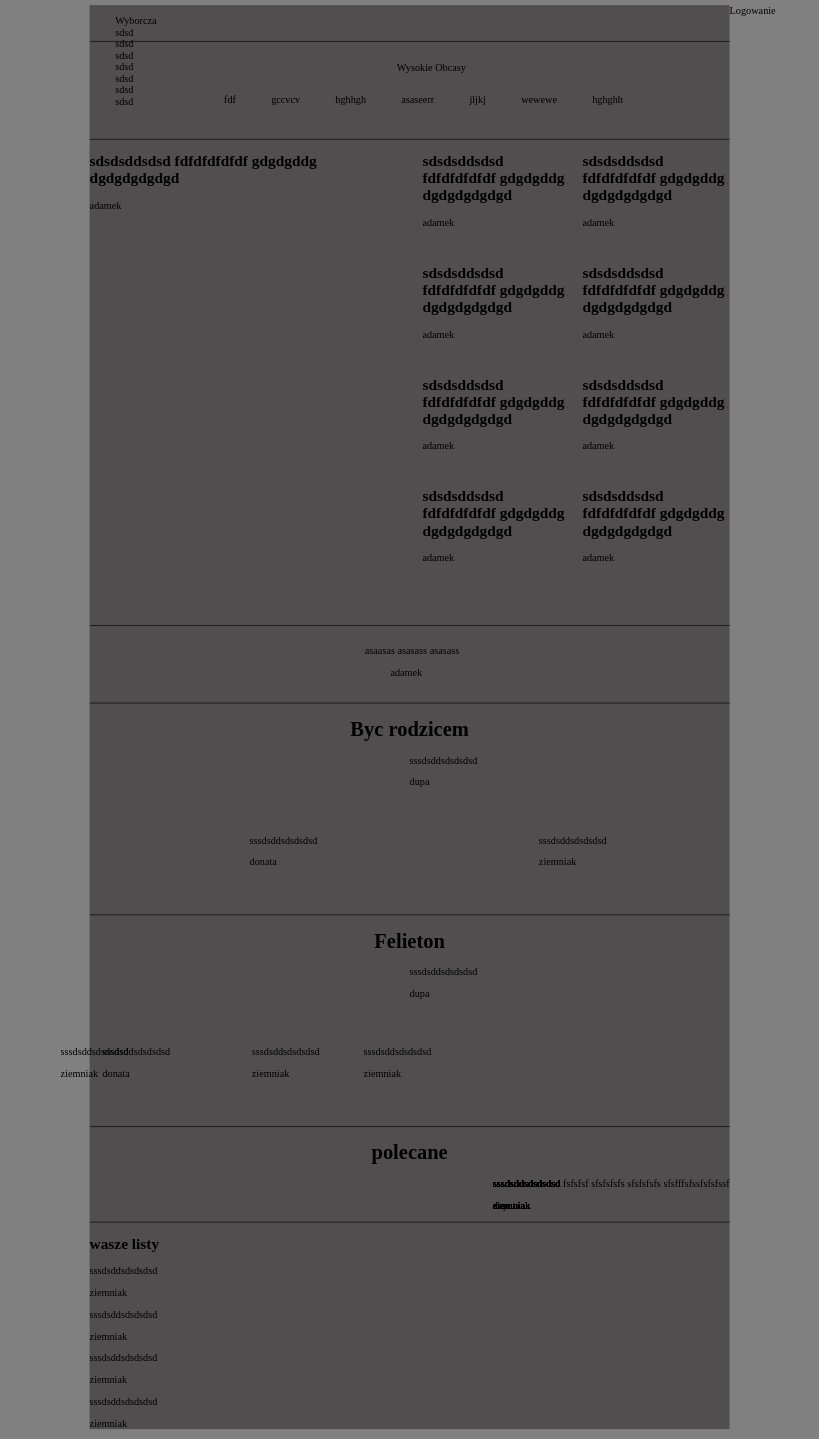
Repository: kq333/pitupitu.pl
Page: index.html
The author's editor kept a copy of each file at every save. The page is drawn from the files as they stood at one save, then again after the next save.
The browser window is 1280 px wide. The pictures show the whole page, at 64% of full size.
The style sheet was rebuilt from its Sass, Less or Tailwind sources for each picture, by a compiler version that may differ from the author's.

Above is the page before, as saved 2020-11-04 10:50:46.

After the next save:
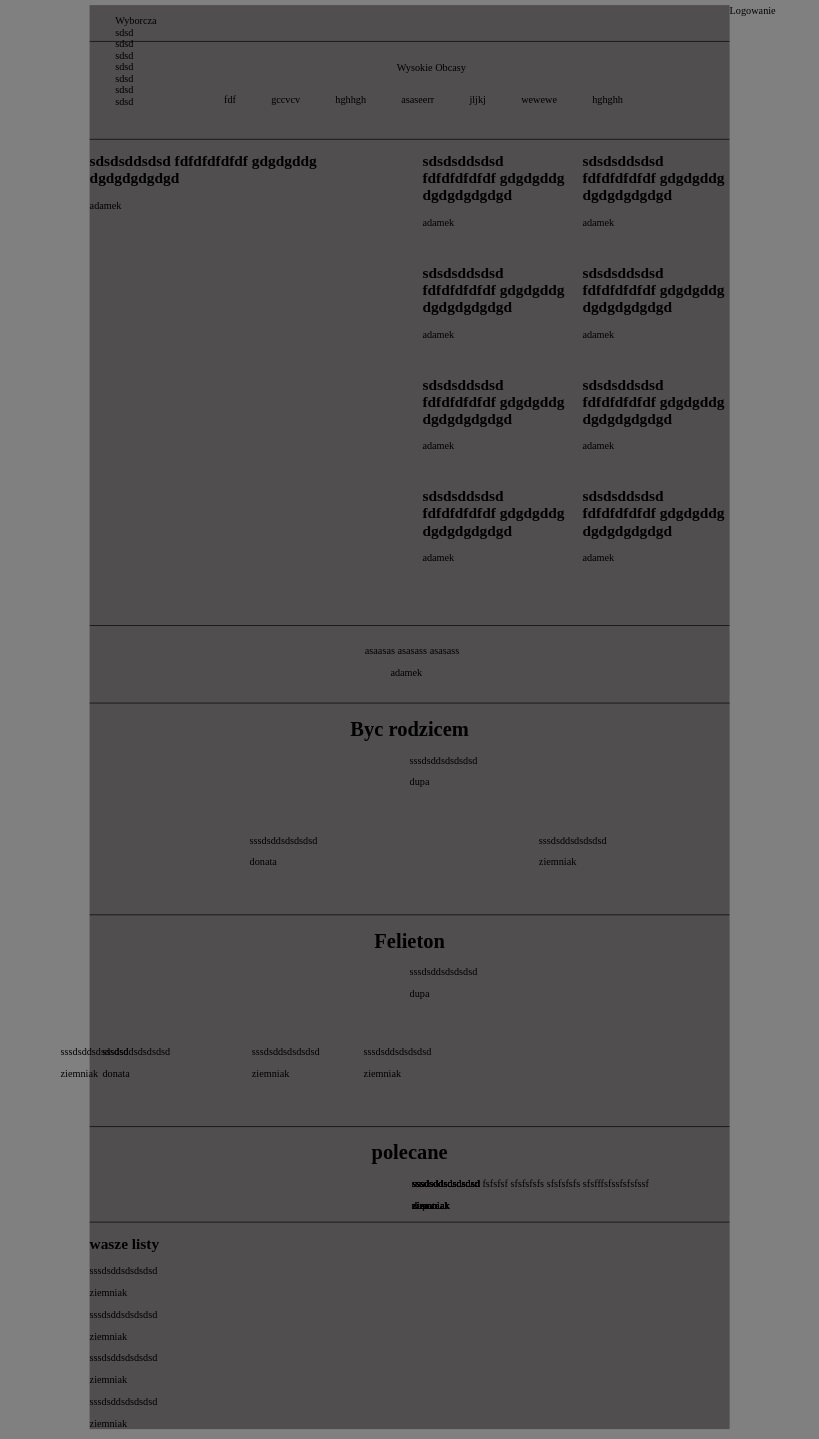
Saved 48 s later.
--- a/style/style.scss
+++ b/style/style.scss
@@ -155,7 +155,7 @@
     height: auto;
     border-bottom: 1px solid black;
     display:grid;
-    grid-template-columns: repeat(3, 1fr);
+    grid-template-columns: auto auto auto;
     grid-template-areas: " art18 .  art19"
                          " art20 .  art19"
                          " art22 art22 art23"

After the save that followed:
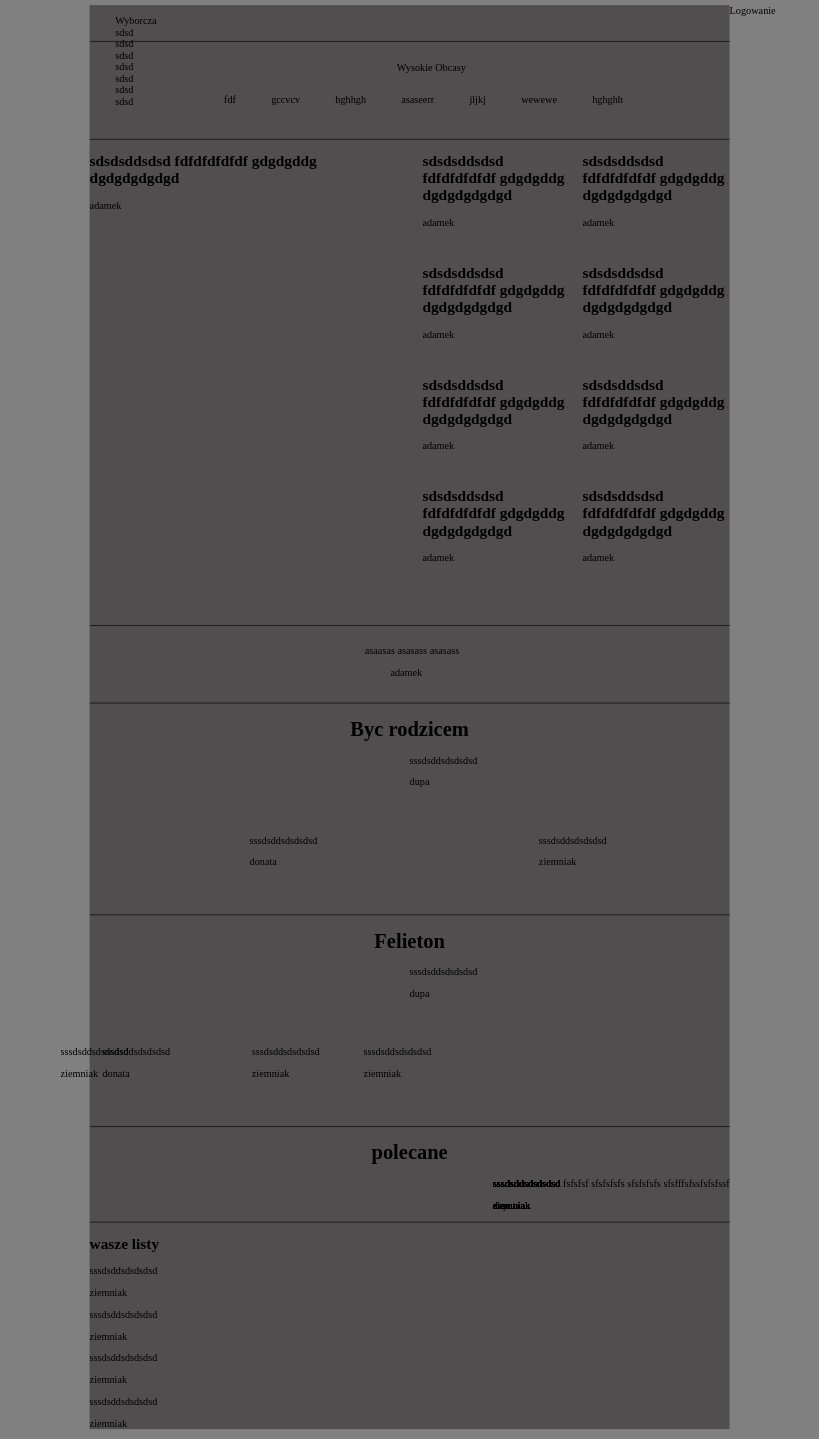
Saved 2 min 26 s later.
--- a/style/style.scss
+++ b/style/style.scss
@@ -155,7 +155,7 @@
     height: auto;
     border-bottom: 1px solid black;
     display:grid;
-    grid-template-columns: auto auto auto;
+    grid-template-columns: repeat(3, 1fr);
     grid-template-areas: " art18 .  art19"
                          " art20 .  art19"
                          " art22 art22 art23"
